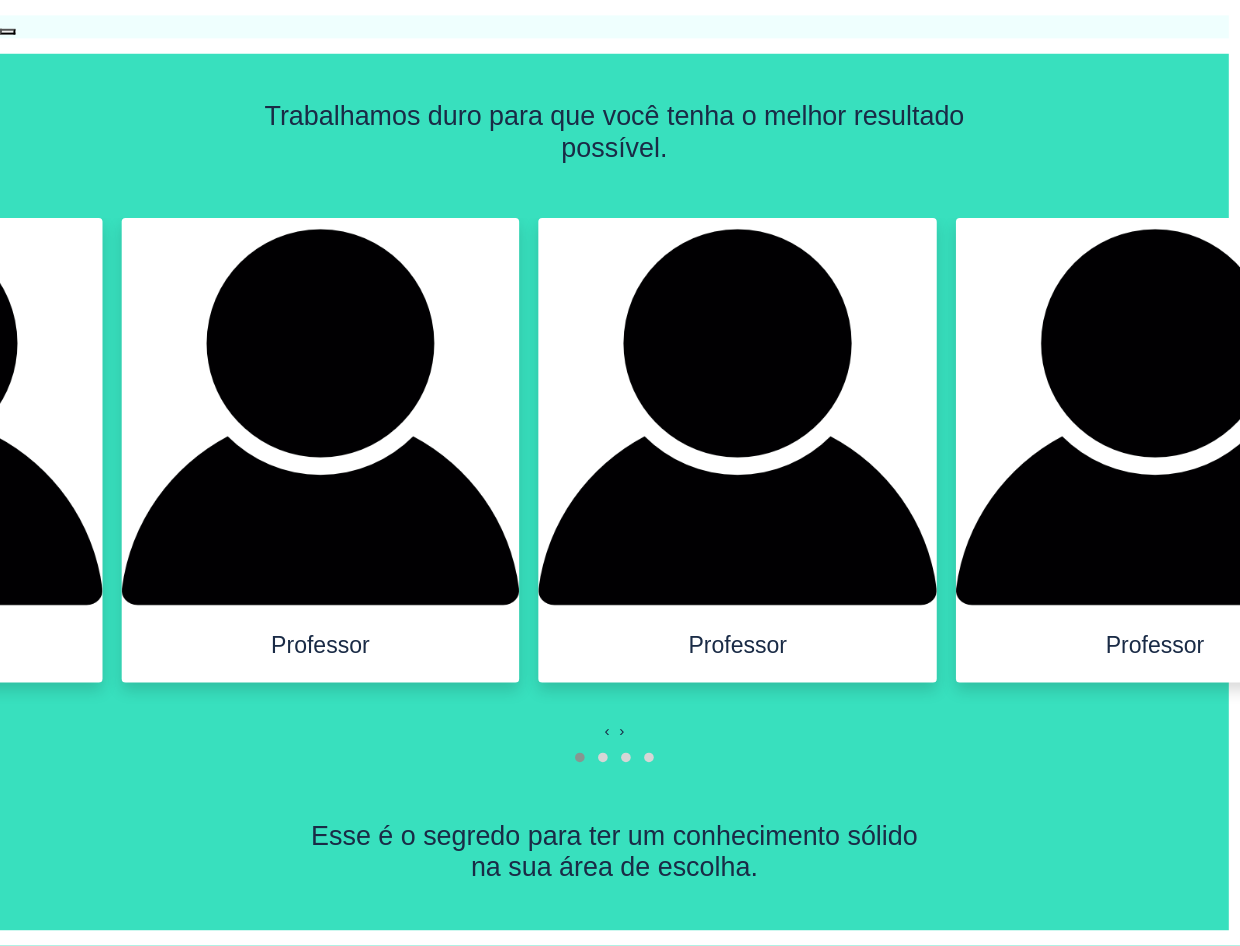
Repository: MarTech-Coders-Planejamento/site-oficial
Page: home.html
These files come from the project's save history. The page is drawn as it stood at one moment and after the next save; the edit follows.
The browser window is 1280 px wide. The page is 1292 px wide, so the pictures cover 1292 px, including what lies to the right of the window. The pictures show the whole page, at 96% of full size.
Some web fonts or font styles are not loaded; a fallback is used.

Above is the page before, as saved 2021-10-23 01:10:39.

After the next save:
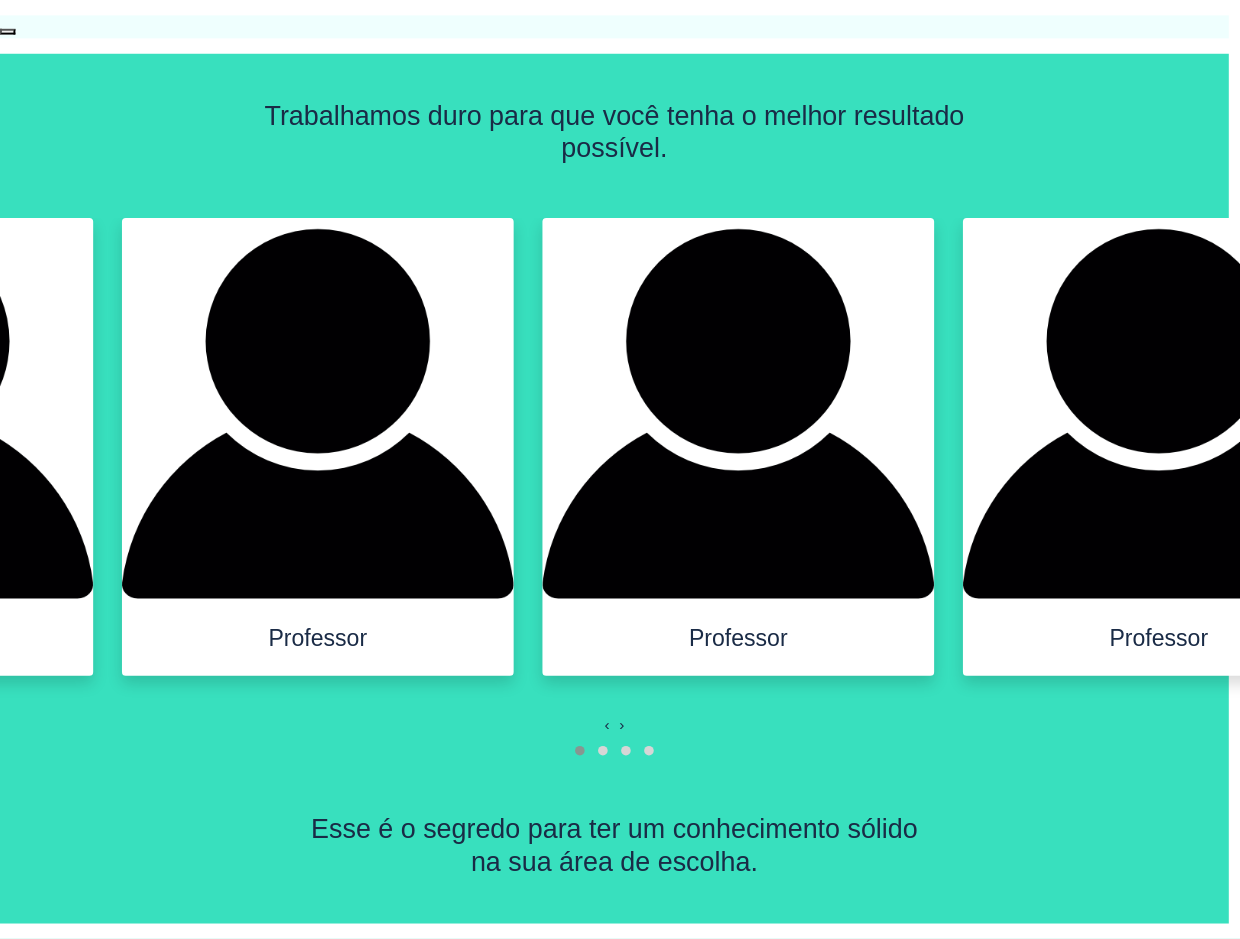
Saved 114 s later.
--- a/home.html
+++ b/home.html
@@ -239,7 +239,7 @@
       $(".owl-carousel").owlCarousel({
         loop: true,
         autoplay: true,
-        margin: 20,
+        margin: 30,
         stagePadding: 10,
         animateOut: "fadeOut",
         animateIn: "fadeIn",
